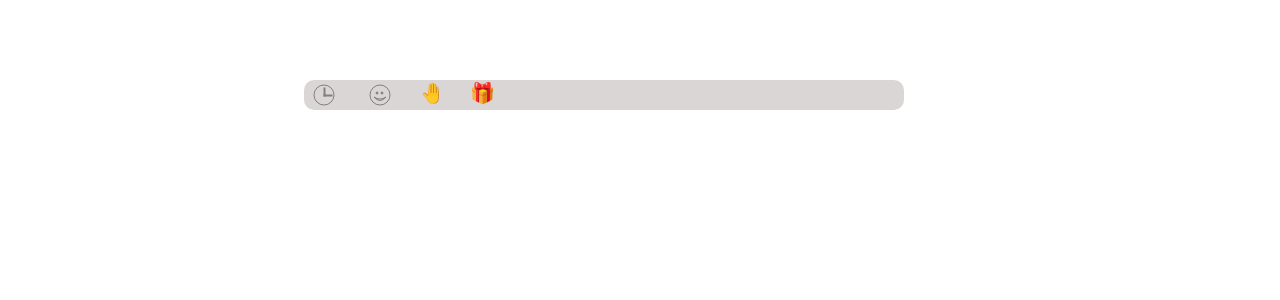
Repository: Gaj123-coder/emoji-search-app
Page: /
The author's editor kept a copy of each file at every save. The page is drawn from the files as they stood at one save, then again after the next save.
The browser window is 1280 px wide. The pictures show the whole page.
The project was rebuilt for these pictures with package versions that can differ from the ones it lists, and the page was loaded fresh each time.

Above is the page before, as saved 2021-10-30 22:03:55.

### public/index.html
<!DOCTYPE html>
<html>
    <head>
        <title>Emoji Search</title>
        <meta charset="UTF-8">
        <meta name="author" content="Gajanan C Hegde">
        <meta name="description" content="A simple emoji search app using React JS">
        <meta name="view-port" content="width=device-width,initial-scale=1">
        <meta property="og:title" content="emoji">
        <meta property="og:description" content="An emoji searh app">
        <meta property="og:url" content="http://www.emojis..com">
        <meta property="og:image" content="https://seeklogo.com/images/S/smile-with-glasses-emoji-logo-0C5A7F9874-seeklogo.com.png">
        <meta property="twitter:title" content="Emoji Search">
        <meta property="twitter:image" content="https://seeklogo.com/images/S/smile-with-glasses-emoji-logo-0C5A7F9874-seeklogo.com.png">
        <meta property="twitter:description" content="A simple recat js emloji search app">
        <meta property="twitter:card" content="summary_large_page">
        <meta property="facebook:title" content="Emoji Search">
        <meta property="facebook:image" content="https://seeklogo.com/images/S/smile-with-glasses-emoji-logo-0C5A7F9874-seeklogo.com.png">
        <meta property="facebooks:description" content="A simple react app for emoji search">
        <meta proprty="facebook:url" content="https://www.emojis.com">
        <link rel="canonical" href="index.html"/>
    </head>
    <body>
        <div id="root"></div>
    </body>
</html>

### src/App.js
import './App.css';
import {sad1,worry1,angry1,happy1,smiley1,peace1,love1,joy1,laugh1,gift1,smile1,hands1,sports1,supper1,evil1,shy1,tasty1,confuse1,sleepy1} from "./Components/emotions";
function App() {
  return (
    <div className="dec">
      <div className="dec-child">
        <svg>
          <circle cx="20" cy="15" r="10px" stroke="grey" strokeWidth="1px" fill="rgb(218, 214, 214)"/>
          <rect x="20" y="8" width="1px" height="8px" stroke="grey" strokeWidth="1px" fill="rgb(218, 214, 214)"/>
          <rect x="20" y="15" width="8px" height="1px" stroke="grey" strokeWidth="1px" fill="rgb(218, 214, 214)"/>
        </svg>
      </div>
      <div className="dec-child">
        <svg>
          <circle cx="26" cy="15" r="10px" stroke="grey" strokeWidth="1px" fill="none"/>
          <path d="M20 17 Q26 21 32 17" stroke="grey" strokeWidth="1px" fill="none"/>
          <path d="M20 17 Q26 24 32 17" stroke="grey" strokeWidth="1px" fill="none"/>
          <circle cx="23" cy="13" r="1" stroke="grey" strokeWidth="1px" fill="grey"/>
          <circle cx="28" cy="13" r="1" stroke="grey" strokeWidth="1px" fill="grey"/>
        </svg>
      </div>
      <div className="dec-child">
        <p style={{fontSize:"20px"}}>&#129306;</p>
      </div>
      <div className="dec-child">
        <p style={{fontSize:"20px"}}>&#127873;</p>
      </div>
    </div>
  );
}

export default App;

### src/App.css
.dec{
  background-color: rgb(218, 214, 214);
  width:600px;
  height:30px;
  position: relative;
  left:19rem;
  border-radius:10px;
  top:5rem;
  display:flex;
  flex-direction:row;
  flex-wrap:nowrap;
}

.dec-child>svg{
  width:inherit;
  height:inherit;
}

.dec-child{
  height:30px;
  width:50px;
}

.dec-child>p{
  position: relative;
  bottom:1.2rem;
  left:1rem;
}

### src/Components/emotions.js
const sad=["128524","128528",'128530',"128532","128542","128546","128549","128557"]
const worry=["128524","128529","128531","128532","128533","128543","128552","128553"]
const angry=["128520","128544","128545","128548","12855"]
const happy=["128512","128513","128514","128518","128522"]
const love=["128525","128535","128536","128537","128538"]
const joy=["128513","128517","128519","128521","128539","128540","128541"]
const laugh=["128513","128514","128518"]
const smile=["128512","128516"]
const gift=["127873","127891","127894","127874","127879","129395","127882","127876"]
const sports=["127939","127943","127947","","","","","","",""]
const hands=["128075","128588","129309","65039","128591","128077","129305","129304","128076","129306"]
const supper=["128526","128527"]
const peace=["128512","128515","128516","128519"]
const evil=["128520"]
const shy=["128522"]
const tasty=["128523"]
const confuse=["128534","128533","128550"]
const sleepy=["128554"]
const smiley=["128512","128513","128514","128515","128516","128517","128518","128519","128520","128521","128522","128523","128524","128525",
"128526","128527","128528","128529","128530","128531","128532","128533","128534","128535","128536","128537","128538","128539","128540"]

export const smiley1=smiley;
export const peace1=peace;
export const sad1=sad;
export const happy1=happy;
export const worry1=worry;
export const angry1=angry;
export const love1=love;
export const joy1=joy;
export const laugh1=laugh;
export const gift1=gift;
export const smile1=smile;
export const sports1=sports;
export const hands1=hands;
export const supper1=supper;
export const evil1=evil;
export const shy1=shy;
export const tasty1=tasty;
export const confuse1=confuse;
export const sleepy1=sleepy;

Loaded but not shown: src/index.js (common file); src/index.css (common file)

After the next save:
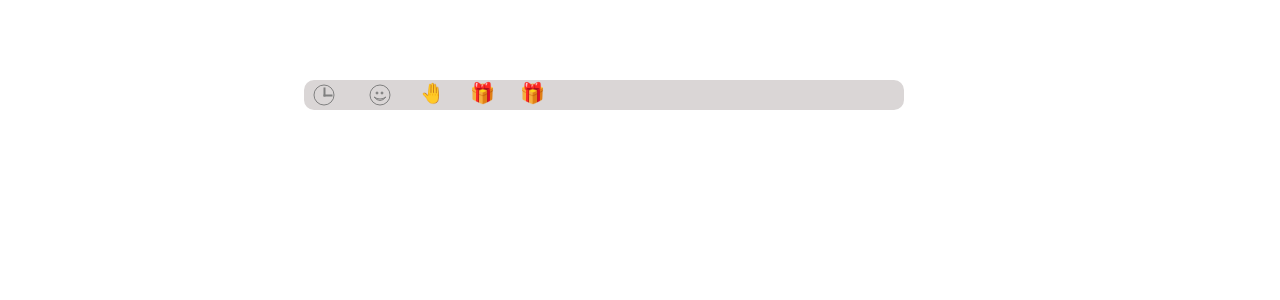
Saved 51 s later.
--- a/src/App.js
+++ b/src/App.js
@@ -25,6 +25,9 @@ function App() {
       <div className="dec-child">
         <p style={{fontSize:"20px"}}>&#127873;</p>
       </div>
+      <div className="dec-child">
+        <p style={{fontSize:"20px"}}>&#127873;</p>
+      </div>
     </div>
   );
 }
